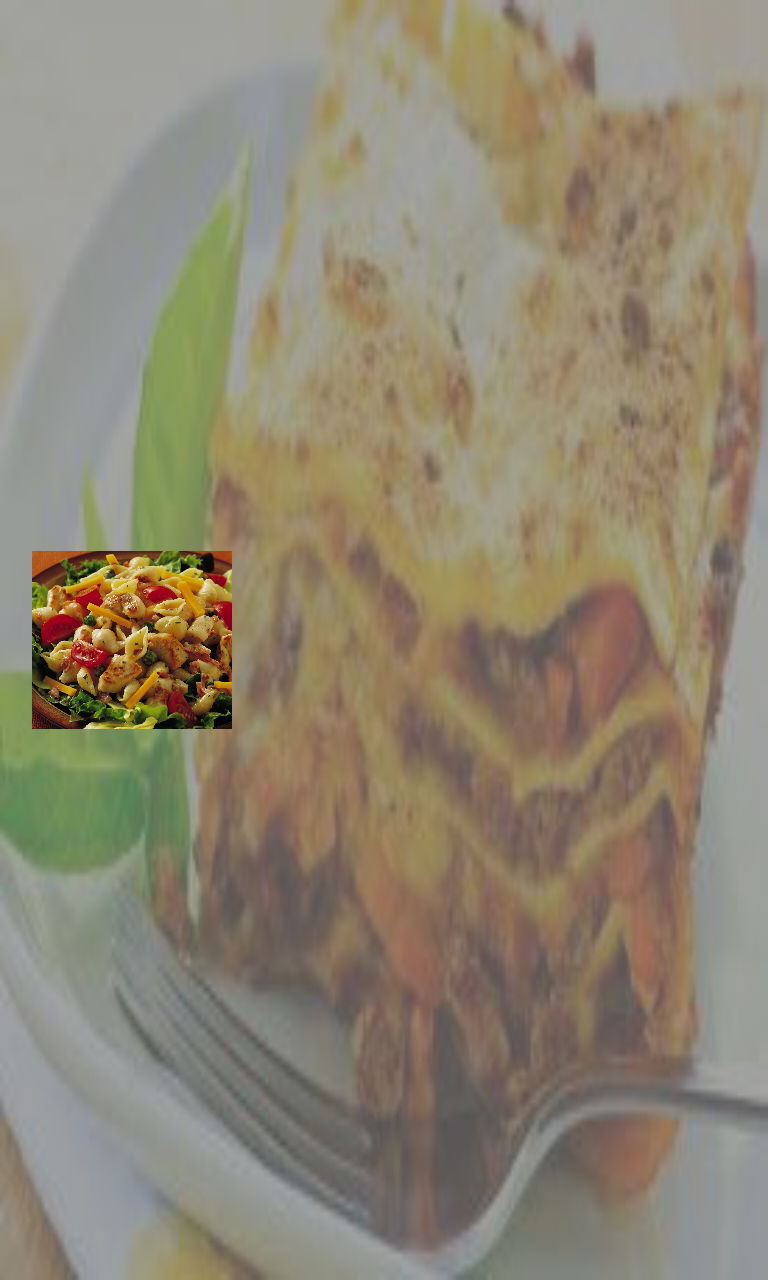
Repository: SubhaVasudevan/coday
Layout: MealsWithCare/res/layout/activity_main.xml
These files come from the project's save history. The layout is drawn as it stood at one moment and after the next save; the edit follows.
It is drawn on a 768 x 1280 px phone screen (xhdpi) without system bars, with theme android:Theme.NoTitleBar; the app's code is not run.

Above is the layout before, as saved 2014-11-01 00:26:11.

### MealsWithCare/res/layout/activity_main.xml
<LinearLayout xmlns:android="http://schemas.android.com/apk/res/android"
    xmlns:tools="http://schemas.android.com/tools"
    android:layout_width="match_parent"
    android:layout_height="match_parent"
    android:background="@drawable/download"
    android:paddingBottom="@dimen/activity_vertical_margin"
    android:paddingLeft="@dimen/activity_horizontal_margin"
    android:paddingRight="@dimen/activity_horizontal_margin"
    android:paddingTop="@dimen/activity_vertical_margin"
    tools:context=".MainActivity" >

    <ImageView
        android:layout_gravity="center"
        android:id="@+id/test_image"
        android:layout_width="100dp"
        android:layout_height="100dp"
        android:src="@drawable/nutritiousmeals" />

</LinearLayout>

Loaded but not shown: MealsWithCare/res/values/dimens.xml (common file)

After the next save:
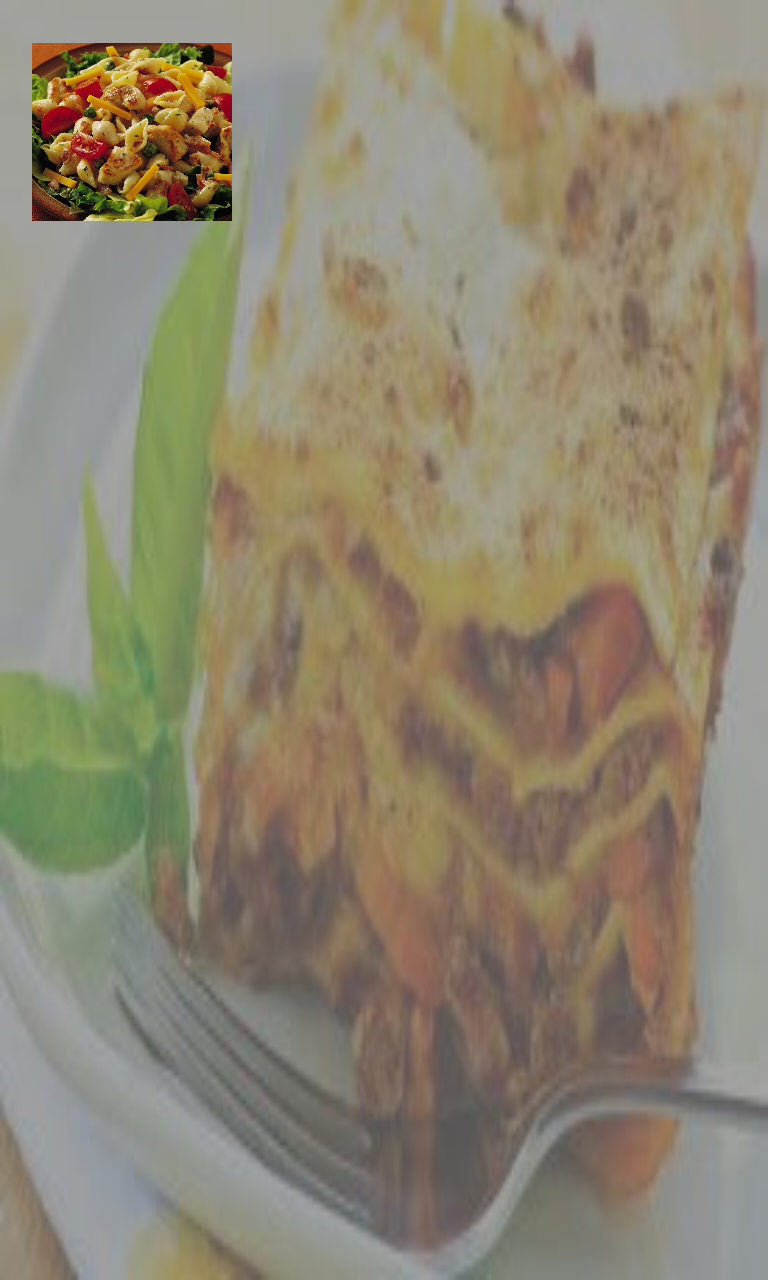
Saved 22 s later.
--- a/MealsWithCare/res/layout/activity_main.xml
+++ b/MealsWithCare/res/layout/activity_main.xml
@@ -1,4 +1,4 @@
-<LinearLayout xmlns:android="http://schemas.android.com/apk/res/android"
+<RelativeLayout xmlns:android="http://schemas.android.com/apk/res/android"
     xmlns:tools="http://schemas.android.com/tools"
     android:layout_width="match_parent"
     android:layout_height="match_parent"
@@ -10,10 +10,9 @@
     tools:context=".MainActivity" >
 
     <ImageView
-        android:layout_gravity="center"
         android:id="@+id/test_image"
         android:layout_width="100dp"
         android:layout_height="100dp"
         android:src="@drawable/nutritiousmeals" />
 
-</LinearLayout>
+</RelativeLayout>
